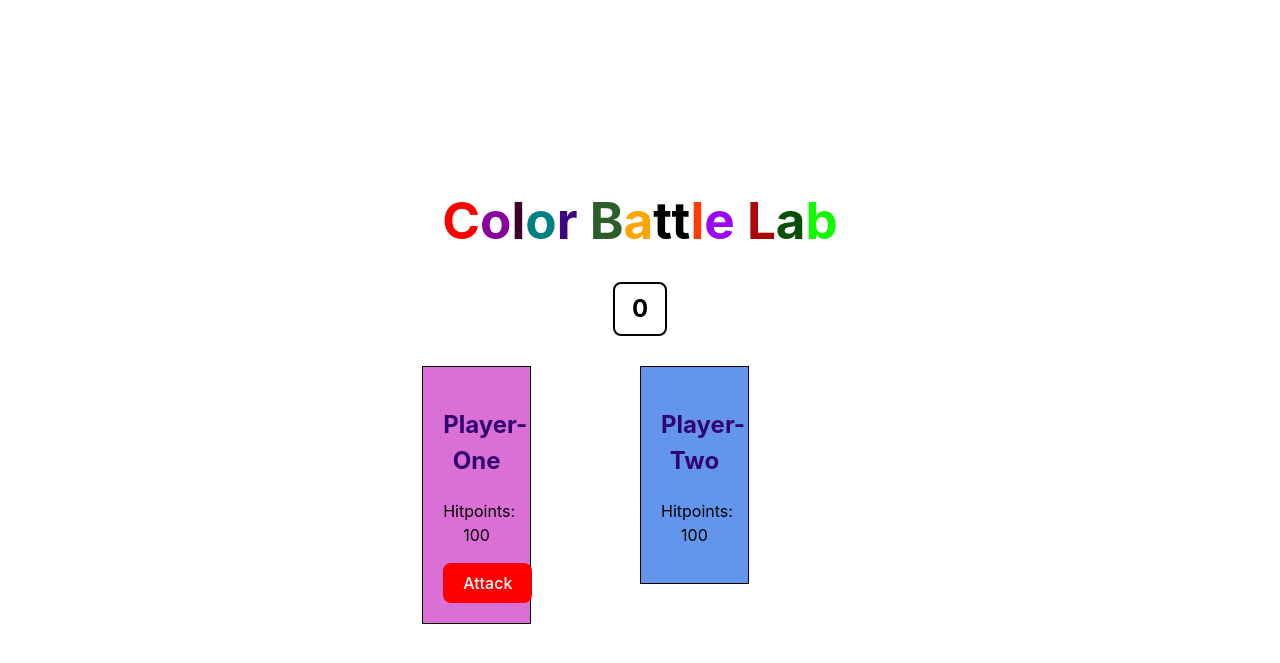
Repository: RAWdevX21/color-battle_lab-build
Page: /
The author's editor kept a copy of each file at every save. The page is drawn from the files as they stood at one save, then again after the next save.
The browser window is 1280 px wide. The pictures show the whole page.
The project was rebuilt for these pictures with package versions that can differ from the ones it lists, and the page was loaded fresh each time. Also part of the build but not shown: vite.config.js.

Above is the page before, as saved 2023-08-17 02:38:33.

After the next save:
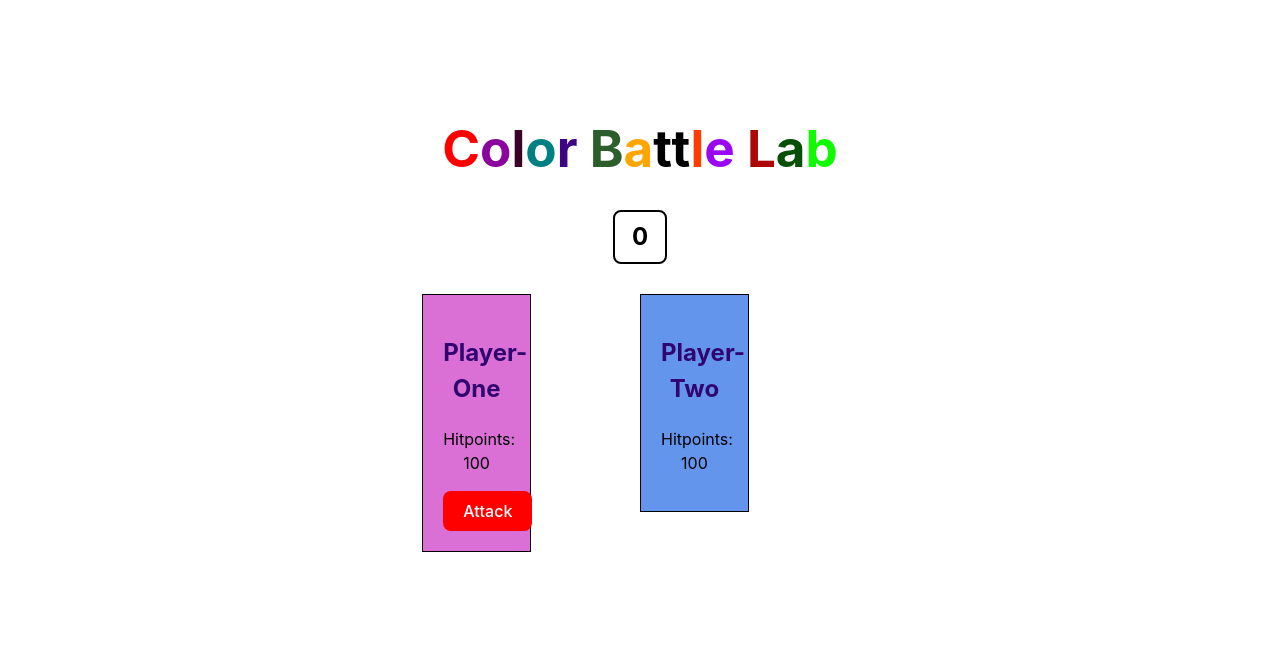
Saved 7 s later.
--- a/src/App.css
+++ b/src/App.css
@@ -11,7 +11,7 @@ h2 {
 
 .players-container {
     display: flex;
-    height: 30vh;
+    height: 50vh;
 }
 
 .player-wrapper {
